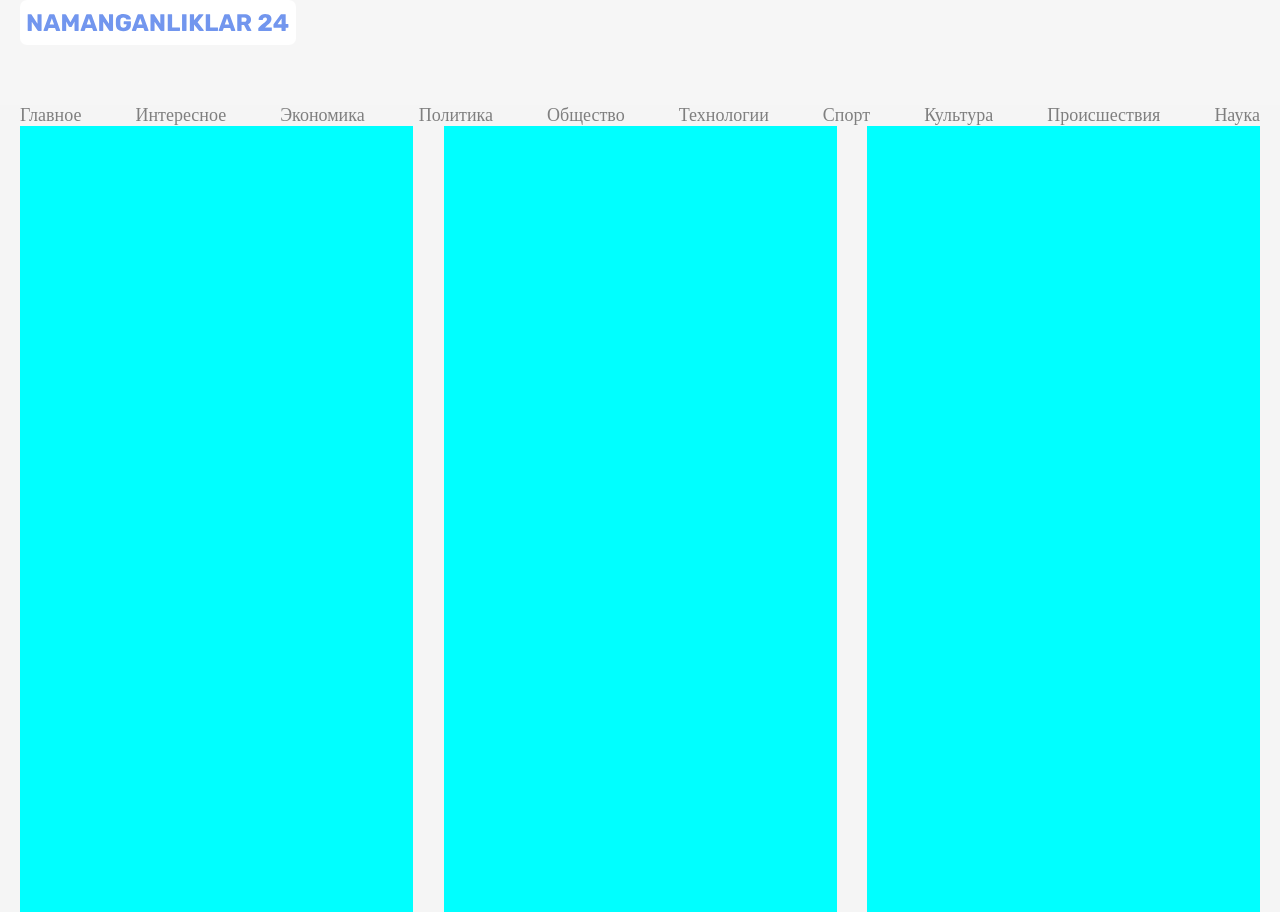
Repository: UlugbekAbdurasulov/projekt
Page: index.html
The author's editor kept a copy of each file at every save. The page is drawn from the files as they stood at one save, then again after the next save.
The browser window is 1280 px wide. The pictures show the whole page.

Above is the page before, as saved 2023-05-29 16:34:27.

After the next save:
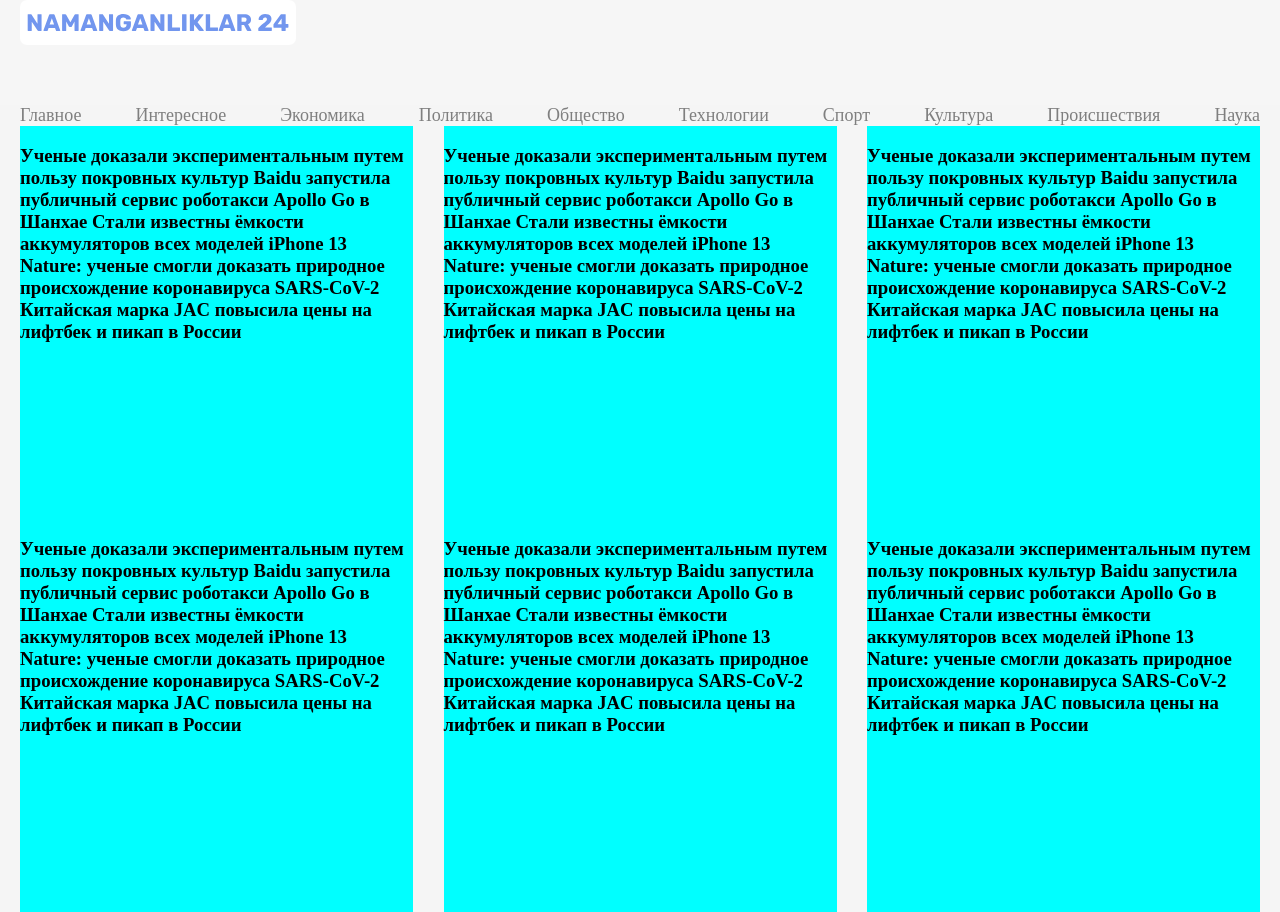
Saved 4 s later.
--- a/index.html
+++ b/index.html
@@ -38,13 +38,37 @@
 
       <menu class="box">
         <ul class="information-box" >
-            <li class="information"> <h3 class="information-footer"></h3> </li>
-            <li class="information"> <h3 class="information-footer"></h3> </li>
-            <li class="information"> <h3 class="information-footer"></h3> </li>
+            <li class="information"> <h3 class="information-footer">Ученые доказали экспериментальным путем пользу покровных культур
+Baidu запустила публичный сервис роботакси Apollo Go в Шанхае
+Стали известны ёмкости аккумуляторов всех моделей iPhone 13
+Nature: ученые смогли доказать природное происхождение коронавируса SARS-CoV-2
+Китайская марка JAC повысила цены на лифтбек и пикап в России</h3> </li>
+            <li class="information"> <h3 class="information-footer">Ученые доказали экспериментальным путем пользу покровных культур
+Baidu запустила публичный сервис роботакси Apollo Go в Шанхае
+Стали известны ёмкости аккумуляторов всех моделей iPhone 13
+Nature: ученые смогли доказать природное происхождение коронавируса SARS-CoV-2
+Китайская марка JAC повысила цены на лифтбек и пикап в России</h3> </li>
+            <li class="information"> <h3 class="information-footer">Ученые доказали экспериментальным путем пользу покровных культур
+Baidu запустила публичный сервис роботакси Apollo Go в Шанхае
+Стали известны ёмкости аккумуляторов всех моделей iPhone 13
+Nature: ученые смогли доказать природное происхождение коронавируса SARS-CoV-2
+Китайская марка JAC повысила цены на лифтбек и пикап в России</h3> </li>
 
-            <li class="information"> <h3 class="information-footer"></h3> </li>
-            <li class="information"> <h3 class="information-footer"></h3> </li>
-            <li class="information"> <h3 class="information-footer"></h3> </li>
+            <li class="information"> <h3 class="information-footer">Ученые доказали экспериментальным путем пользу покровных культур
+Baidu запустила публичный сервис роботакси Apollo Go в Шанхае
+Стали известны ёмкости аккумуляторов всех моделей iPhone 13
+Nature: ученые смогли доказать природное происхождение коронавируса SARS-CoV-2
+Китайская марка JAC повысила цены на лифтбек и пикап в России</h3> </li>
+            <li class="information"> <h3 class="information-footer">Ученые доказали экспериментальным путем пользу покровных культур
+Baidu запустила публичный сервис роботакси Apollo Go в Шанхае
+Стали известны ёмкости аккумуляторов всех моделей iPhone 13
+Nature: ученые смогли доказать природное происхождение коронавируса SARS-CoV-2
+Китайская марка JAC повысила цены на лифтбек и пикап в России</h3> </li>
+            <li class="information"> <h3 class="information-footer">Ученые доказали экспериментальным путем пользу покровных культур
+Baidu запустила публичный сервис роботакси Apollo Go в Шанхае
+Стали известны ёмкости аккумуляторов всех моделей iPhone 13
+Nature: ученые смогли доказать природное происхождение коронавируса SARS-CoV-2
+Китайская марка JAC повысила цены на лифтбек и пикап в России</h3> </li>
         </ul>
       </menu>
     </div>
